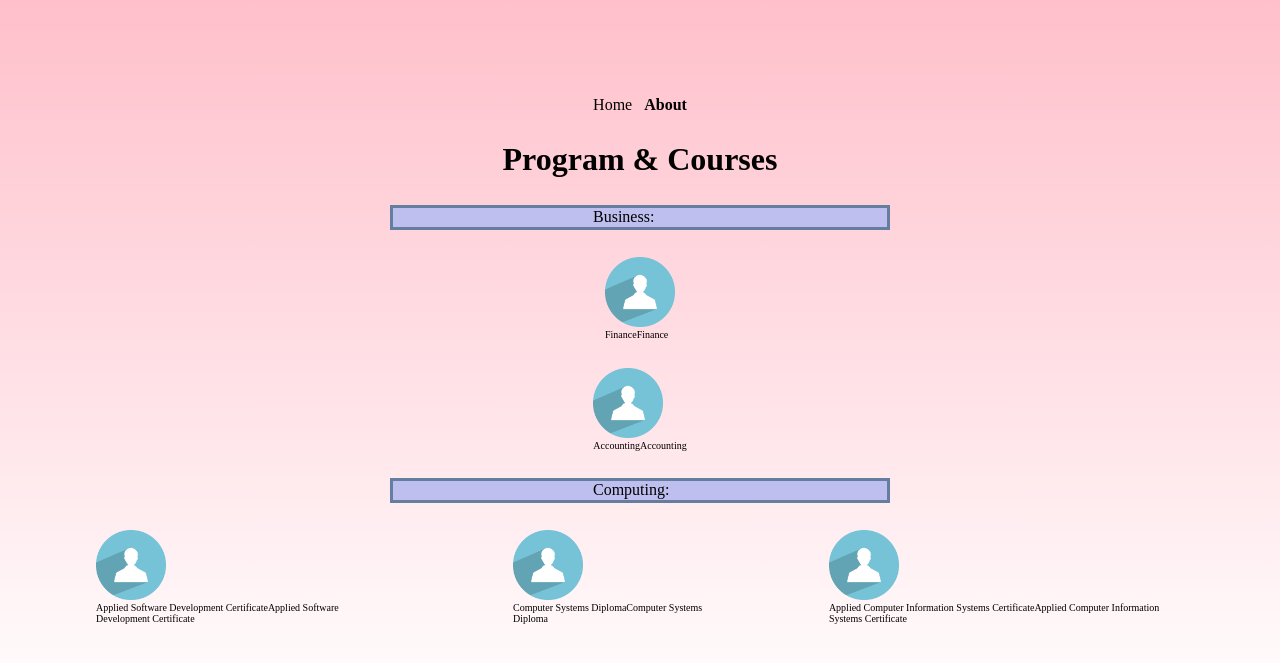
Repository: anoncoderin/madhu-assignment3
Page: /
The author's editor kept a copy of each file at every save. The page is drawn from the files as they stood at one save, then again after a run of saves.
The browser window is 1280 px wide. The pictures show the whole page.
The project was rebuilt for these pictures with package versions that can differ from the ones it lists, and the page was loaded fresh each time. The framework's server and built-in components were replaced by stand-ins that run in the browser. Also part of the build but not shown: next.config.js, components/Card/Card.module.css.

Above is the page before, as saved 2023-01-22 20:51:32.

After the next 7 saves:
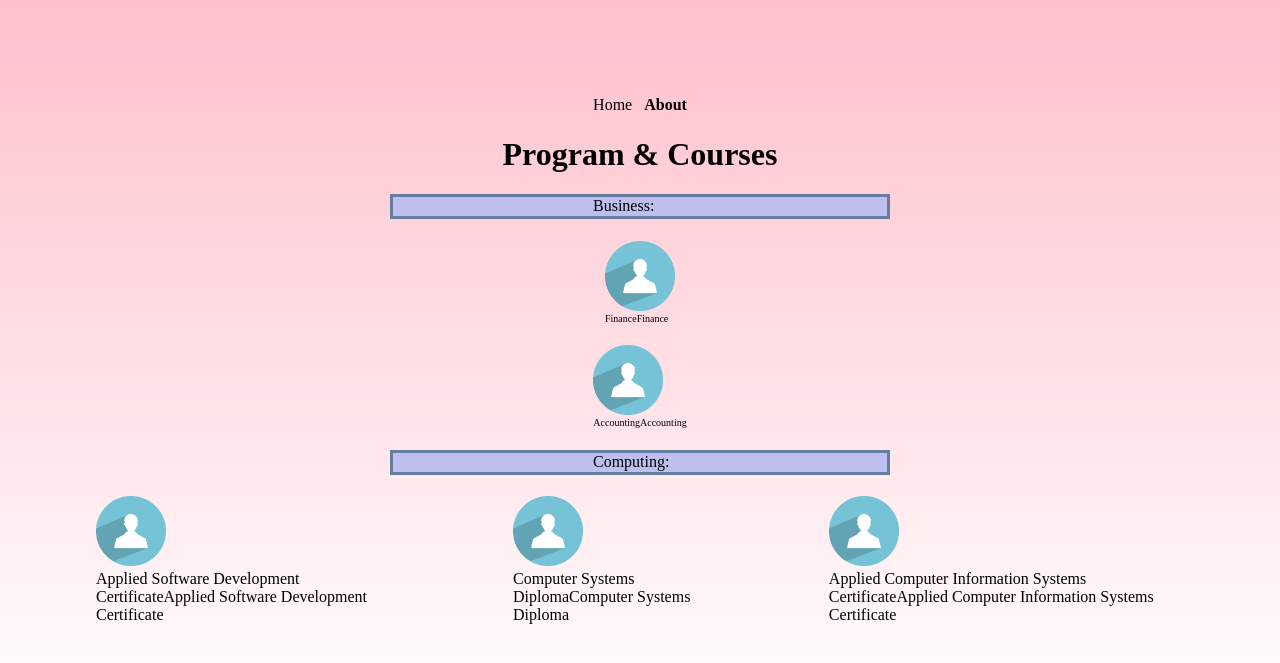
The 7 saves are shown as one change because 1 did not build or start and some came seconds apart.
The last was saved 21 s later.
--- a/pages/index.js
+++ b/pages/index.js
@@ -38,7 +38,7 @@
         information && information.map((info, index)=>{
           if(info.department === "Computing"){
             return(
-              <Card key={index} degree={info.degree} ></Card>
+              <Card key={index} degree={info.degree} font></Card>
             )
           }
         })
